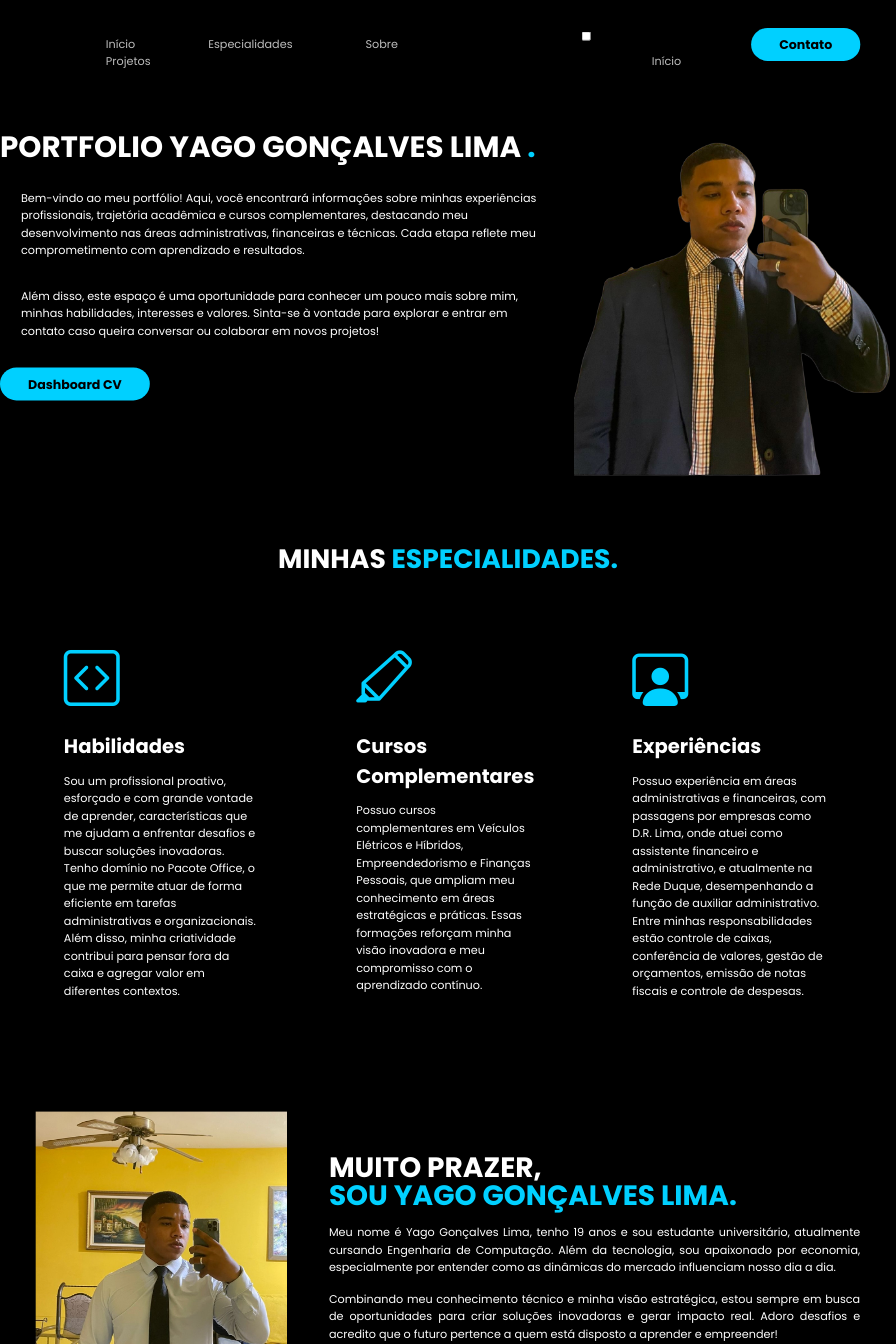
Repository: yagolima1511/Portfolio
Page: index.html
The author's editor kept a copy of each file at every save. The page is drawn from the files as they stood at one save, then again after the next save.
The browser window is 1280 px wide. The pictures show the part of the page from y = 0 to 1920 px (the page is 3499 px tall before and 3549 px after), at 70% of full size.

Above is the page before, as saved 2025-03-03 21:09:35.

### index.html
<!DOCTYPE html>
<html lang="pt-br">
<head>
    <meta charset="UTF-8">
    <meta name="viewport" content="width=device-width, initial-scale=1.0">
    <link rel="preconnect" href="https://fonts.googleapis.com">
<link rel="preconnect" href="https://fonts.gstatic.com" crossorigin>
<link href="https://fonts.googleapis.com/css2?family=Cabin:ital,wght@0,400..700;1,400..700&family=Poppins:ital,wght@0,100;0,200;0,300;0,400;0,500;0,600;0,700;0,800;0,900;1,100;1,200;1,300;1,400;1,500;1,600;1,700;1,800;1,900&display=swap" rel="stylesheet">
<link rel="stylesheet" href="https://cdn.jsdelivr.net/npm/bootstrap-icons@1.11.3/font/bootstrap-icons.min.css">
    <link rel="stylesheet" href="style.css">
    <link rel="icon" href="imagens.portifolio/logo_yago_sem_fundo.png">
    <title>Yago Gonçalves Lima</title>
</head>
<body>

    <header>
        <div class="interface">
             <nav>
                <nav class="menu-desktop">
                    <ul>
                        <li><a href="#início">Início</a></li>
                        <li><a href="#especialidades">Especialidades</a></li>
                        <li><a href="#sobre">Sobre</a></li>
                        <li><a href="#projetos">Projetos</a></li>
                    </ul>
                </nav>
             </nav>
             <!-- MENU MOBILE-->
              <div class="menu-mobile">
                <input type="checkbox" id="menu-toggle">
                <label for="menu-toggle" class="menu-btn">
                    <i class="bi bi-list"></i>
                </label>
                <nav class="mobiel-nav">
                    <ul>
                        <li><a href="#Início">Início</a></li>



                    </ul>
                </nav>
              </div>

             <div class="btn-contato">
                <a href="https://api.whatsapp.com/send?phone=5511951423405">
                    <button>Contato</button>
                </a>
             </div>
        </div><!--INTERFACE-->
    </header>

    <main>
        <section id="início">
        <section class="topo-do-site">
            <div class="interface">
                <div class="flex">
                    <div class="txt-topo-site">
                       <h1>PORTFOLIO YAGO GONÇALVES LIMA <span>.</span></h1>
                       <p>Bem-vindo ao meu portfólio! Aqui, você encontrará informações sobre minhas experiências profissionais, trajetória acadêmica e cursos complementares, destacando meu desenvolvimento nas áreas administrativas, financeiras e técnicas. Cada etapa reflete meu comprometimento com aprendizado e resultados.</p>
                       <p>Além disso, este espaço é uma oportunidade para conhecer um pouco mais sobre mim, minhas habilidades, interesses e valores. Sinta-se à vontade para explorar e entrar em contato caso queira conversar ou colaborar em novos projetos!</p>

                       <div class="btn-contato">
                        <a href="https://www.canva.com/design/DAGZft-klJw/L4ZIEv-Um3k0rW6E9iZL9g/edit?utm_content=DAGZft-klJw&utm_campaign=designshare&utm_medium=link2&utm_source=sharebutton">
                            <button>Dashboard CV</button>
                        </a>
                       </div>
                    </div>
                    <div class="img-topo-site">
                        <img id="img-home" src="imagens.portifolio/yago sem fundo.png" alt="" class="tamanho-fixo">

                    </div>
                </div>
            </div>
        </section>
    </section>
        <section id="especialidades">

        <section class="especialidades">
            <div class="interface">
                <h2 class="titulo">MINHAS <span>ESPECIALIDADES.</span></h2>
                <div class="flex">
                     <div class="especialidades-box">
                     <i class="bi bi-code-square"></i>
                     <h3>Habilidades</h3>
                     <p>Sou um profissional proativo, esforçado e com grande vontade de aprender, características que me ajudam a enfrentar desafios e buscar soluções inovadoras. Tenho domínio no Pacote Office, o que me permite atuar de forma eficiente em tarefas administrativas e organizacionais. Além disso, minha criatividade contribui para pensar fora da caixa e agregar valor em diferentes contextos.</p>
                </div>


                     <div class="especialidades-box">
                        <i class="bi bi-highlighter"></i>
                     <h3>Cursos Complementares</h3>
                     <p>Possuo cursos complementares em Veículos Elétricos e Híbridos, Empreendedorismo e Finanças Pessoais, que ampliam meu conhecimento em áreas estratégicas e práticas. Essas formações reforçam minha visão inovadora e meu compromisso com o aprendizado contínuo.</p>
                </div>

                     <div class="especialidades-box">
                        <i class="bi bi-person-workspace"></i>
                     <h3>Experiências</h3>
                     <p>Possuo experiência em áreas administrativas e financeiras, com passagens por empresas como D.R. Lima, onde atuei como assistente financeiro e administrativo, e atualmente na Rede Duque, desempenhando a função de auxiliar administrativo. Entre minhas responsabilidades estão controle de caixas, conferência de valores, gestão de orçamentos, emissão de notas fiscais e controle de despesas.
                    </p>
                </div>
            </div>
        </section>
    </section>
             <section id="sobre">
                    <section class="sobre">
                        <div class="interface">
                            <div class="flex">
                                <div class="img-sobre">
                                    <img src="imagens.portifolio/camisa gravata.jpeg" alt="" class="tamanho-fixo">
                                </div>
                                <div class="txt-sobre">
                                      <h2>MUITO PRAZER,<span> SOU YAGO GONÇALVES LIMA.</span> </h2>
                                          <p>Meu nome é Yago Gonçalves Lima, tenho 19 anos e sou estudante universitário, atualmente cursando Engenharia de Computação. Além da tecnologia, sou apaixonado por economia, especialmente por entender como as dinâmicas do mercado influenciam nosso dia a dia.</p>
                                          <p>Combinando meu conhecimento técnico e minha visão estratégica, estou sempre em busca de oportunidades para criar soluções inovadoras e gerar impacto real. Adoro desafios e acredito que o futuro pertence a quem está disposto a aprender e empreender!</p>
                                          <div class="btn-social">

                                                <a href="https://api.whatsapp.com/send?phone=5511951423405"><button><i class="bi bi-whatsapp"></i></button></a>
                                                <a href="https://www.linkedin.com/in/yago-lima-50758a299?utm_source=share&utm_campaign=share_via&utm_content=profile&utm_medium=ios_app"><button><i class="bi bi-linkedin"></i></button></a>

                                          </div>
                                </div>

                            </div>
                        </div>
                    </section>
                </section>
                    <section id="projetos">

                    <section class="projetos">
                        <div class="interface">
                            <h2><h2 class="titulo">PROJETO <span>DESENVOLVIDO.</span></h2></h2>

                           <div class="flex">
                            <div class="img-proj" style="background-image: url(imagens.portifolio/WhatsApp\ Image\ 2024-12-10\ at\ 22.25.13.jpeg);">
                                <div class="overlay">Projeto AlphaTec</div>
                            </div>
                            <div class="img-proj" style="background-image: url(imagens.portifolio/WhatsApp\ Image\ 2024-12-10\ at\ 22.20.26.jpeg);">
                                <div class="overlay">Projeto AlphaTec</div>
                            </div>
                            <div class="img-proj" style="background-image: url(imagens.portifolio/WhatsApp\ Image\ 2024-12-10\ at\ 22.20.24.jpeg);">
                                <div class="overlay">Projeto AlphaTec</div>

                            </div>
                           </div>
                        </div>

                        <section class="projeto">
                            <div class="interface">
                                <div class="flex">
                        <div class="txt-paragrafo-projeto">
                                <p>Juntamente com meus colegas de faculdade, desenvolvemos o Projeto AlphaTec. O projeto do carrinho autônomo com Arduino é uma aplicação simples de robótica, onde o objetivo principal é criar um veículo que detecte obstáculos e mude de direção automaticamente usando um sensor ultrassônico. Aqui está uma explicação didática e direta sobre os principais componentes e funcionamento:</p>

                        </div> <!--txt-->
                    </div>
                            </div><!--INTERFACE-->



                     </section>


                     <ul>
                        <li>
                            Arduino: É o "cérebro" do carrinho, responsável por processar as informações do sensor ultrassônico e controlar os motores.
                        <li>

                                Sensor Ultrassônico (HC-SR04): Detecta obstáculos à frente, medindo a distância usando ondas sonoras.
                            </li>
                            <li>
                                Motores e Ponte H (L298N): Movem o carrinho e permitem controlar o sentido de rotação (para frente, para trás ou virar).
                            </li>
                            <li>
                                Baterias/Pilhas: Alimentam o Arduino e os motores.
                            </li>
                            <li>
                                Estrutura do Carrinho: Uma base com rodas onde os componentes são fixados
                            </li>
                        </ul>

                    </section>
                </section>


    </main>
    <footer>
        <div class="interface">
            <div class="line-footer">
                <div class="flex">
                <div class="btn-social">

                    <a href="https://api.whatsapp.com/send?phone=5511951423405"><button><i class="bi bi-whatsapp"></i></button></a>
                    <a href="https://www.linkedin.com/in/yago-lima-50758a299?utm_source=share&utm_campaign=share_via&utm_content=profile&utm_medium=ios_app"><button><i class="bi bi-linkedin"></i></button></a>

              </div>
            </div>
            </div>
                <div class="line-footer borda">
                    <p><i class="bi bi-envelope-fill"></i> <a href="mailto:goncalveslima2005@gmail.com">goncalveslima2005@gmail.com</a></p>

            </div>

        </div>
    </footer>
</body>
</html>

### style.css
/*ESTILO GERAL*/
html {
    scroll-behavior: smooth;
}

*{
    margin: 0;
    padding: 0;
    box-sizing: 0;
    font-family: "Poppins", serif;
}

body{
    background-color: black;
    height: 100vh;
}

.interface{
    max-width: 1280px;
    margin: 0 auto;
}

.flex{
    display: flex;
}

.btn-contato button{
    padding: 10px 40px;
    font-size: 18px;
    font-weight: 700;
    background-color: #00d0ff;
    border: 0;
    border-radius: 30px;
    cursor: pointer;
    transition: .2s;
}

h2.titulo{
    color: white;
    font-size: 38px;
    text-align: center;
}

h2.titulo span{
    color: #00d0ff;
}

 button:hover{
    box-shadow: 0px 0px 8px #00d0ff;
    transform: scale(1.05);
}

/* ESTILO DO CABEÇALHO */
header{
    padding: 40px 4%;
}

header > .interface{
    display: flex;
    align-items: left;
    justify-content: space-between;
}

header a{
    color: #7d7d7d;
    text-decoration: none;
    display: inline-block;
    transition: .2s;
}

header a:hover{
    color:#fff;
    transform: scale(1.05);
}

header nav ul{
    list-style-type: none;
}

header nav ul li{
    display: inline-block;
    padding: 0 50px;
}

/* ESTILO DO TOPO DO SITE */
section.topo-do-site{
    padding: 40px 0%;
}

section.top-do-site.flex{
    align-items: center;
    justify-content: center;
    gap: 90px;
}

.topo-do-site h1{
    color: white;
    font-size: 42px;
    line-height: 40px;
}

.txt-topo-site span{
    color: #00d0ff;
}

.topo-do-site .txt-topo-site p{
    color: white;
    margin: 40px 30px;

}

.topo-do-site .img-topo-site img{
    position: relative;
    animation: flutuar 2s ease-in-out infinite alternate;
}

@keyframes flutuar{
    0%{
        top: 0;
    }
    100%{
        top: 30px;
    }
}

/* ESPECIALIDADES */
section.especialidades{
    padding: 40px 4%;
}

section.especialidades .flex{
    gap: 60px;
}

.especialidades .especialidades-box{
    color: white;
    padding: 40px;
    border-radius: 20px;
    margin-top: 45px;
    transition: .2s;
}

.especialidades .especialidades-box:hover{
    transform: scale(1.05);
    box-shadow: 0 0 8px #ffffff78;
}

.especialidades .especialidades-box i{
    font-size: 80px;
    color: #00d0ff;
}

.especialidades .especialidades-box h3{
   font-size: 28px;
   margin: 15px 0;
}

/* ESTILO SOBRE */
section.sobre{
    padding: 80px 4%;
}

section.sobre .flex{
    align-items: center;
    gap: 60px;
}

.sobre .txt-sobre{
    color: white;
    line-height: 40px;
    margin-bottom: 30px;
}

.sobre .txt-sobre h2{
    font-size: 40px;
}

.sobre .txt-sobre h2 span{
    color: #00d0ff;
    display: block;
}

.sobre .txt-sobre p{
     margin: 20px 0;
     text-align: justify;
     line-height: 25px;
}

 .btn-social button{
     width: 60px;
     height: 60px;
     border-radius: 50%;
     border: none;
     background-color: #00d0ff;
     font-size: 22px;
     cursor: pointer;
     margin: 0 5px;
     transition: 2.s;
}

/* ESTILO DO PORTIFÓLIO */
section.projetos{
     padding: 80px 4%;
     box-shadow: 0 0 40px 10px rgba(255, 255, 255, 0.107);
}

section.projetos .flex{
    justify-content: space-around;
    margin-top: 60px;
}

.img-proj{
    width: 360px;
    height: 460px;
    background-size: cover;
    background-position: 100% 0%;
    transition: 1s;
    cursor: pointer;
    border-radius: 40px;  /* DEIXA A FOTO C ASA BORDAS REDONDAS */
    position: relative;
}

.img-proj:hover{
    background-position: 100% 100%;
}


.overlay{
    position: absolute;
    top: 0;
    left: 0;
    width: 100%;
    height: 100%;
    background-color: #010d01c3;
    border-radius: 40px;
    display: flex;
    align-items: center;
    justify-content: center;
    font-size: 24px;
    font-weight: 600;
    color: white;
    opacity: 0;
    transition: .5s;
}

.overlay:hover{
    opacity: 1;
}

.txt-paragrafo-projeto p{
    color: white;
    margin-bottom: 20px;
}

ul{
    list-style-position: inside;
    color: white;
    padding: 10px 50px;
}

/* ESTILO DO RODAPÉ */

footer{
    padding: 60px 4%;
    box-shadow: 0 0 40px 10px rgba(255, 255, 255, 0.090);
}

footer .flex{
    justify-content: space-between;
}

footer .line-footer{
    padding: 20px 0;
}

.borda{
    border-top: 2px solid #00d0ff;
}

footer .line-footer p i{
    color: #00d0ff;
    font-size: 22px;
}

footer .line-footer p a{
    color: white;
}

footer .line-footer p{
    text-align: right;
}



@media screen and (max-width: 1041.60px){
    /*classes gerais*/

    .flex{
        flex-direction: column-reverse;
    }

    h2.titulo{
        font-size: 34px;
        line-height: 40px;
    }

    /*cabeçalho*/
    .menu-desktop, .btn-contato{
        display: none;
    }

    .img-topo-site {
        display: none;
    }

    .txt-topo-site h1{
        margin: 7px;
        text-align: center;
        font-size: 35px;
    }

    /*topo do site*/

    section.top-do-site .flex{
        gap: 40px;

    section.topo-do-site{
        padding: 20px 8%;
    }


    .topo-do-site h1{
        font-size: 30px;
    }


    .topo-do-site .img-topo-site img{
        width: 100%;

    }
}
    /* ESPECIALIDADES */
section.especialidades{
    padding: 40px 8%;
    flex-direction: column;
}
/* SOBRE */
section.sobre{
    padding: 80px 8%;
}
.sobre .txt-sobre h2{
    font-size: 35px;
    line-height: 35px;
    text-align: center;
}
.btn-social{
    text-align: center;
}

.img-sobre img{
    width: 100%;
}

/* PROJETO*/
section.projetos{
    padding: 80px 8%;
}
.img-proj{
    width: 100%;
    max-width: 360px;
    margin: 0 auto;

}

section.projetos .flex{
   gap: 60px;
}
footer .flex{
    flex-direction: column;
}

footer .line-footer p{
    text-align: center;
}


}

.tamanho-fixo{


    height: 492px;
}

header a {
    color: #bdbdbd;
    text-decoration: none;
    display: inline-block;
    transition: .2s;
}

After the next save:
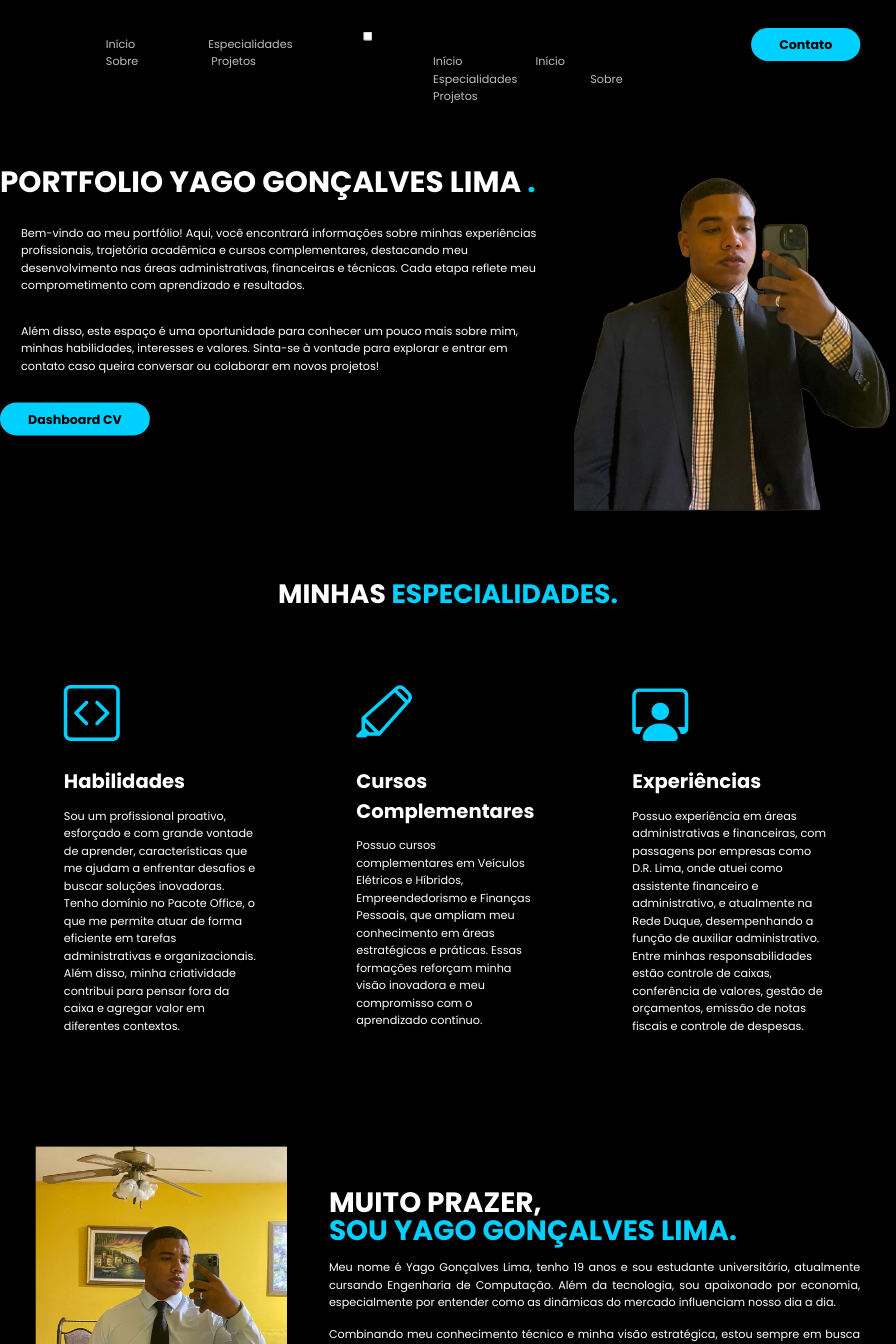
Saved 18 s later.
--- a/index.html
+++ b/index.html
@@ -34,7 +34,11 @@
                 <nav class="mobiel-nav">
                     <ul>
                         <li><a href="#Início">Início</a></li>
-
+                        <li><a href="#início">Início</a></li>
+                        <li><a href="#especialidades">Especialidades</a></li>
+                        <li><a href="#sobre">Sobre</a></li>
+                        <li><a href="#projetos">Projetos</a></li>
+                    </ul>
 
 
                     </ul>
